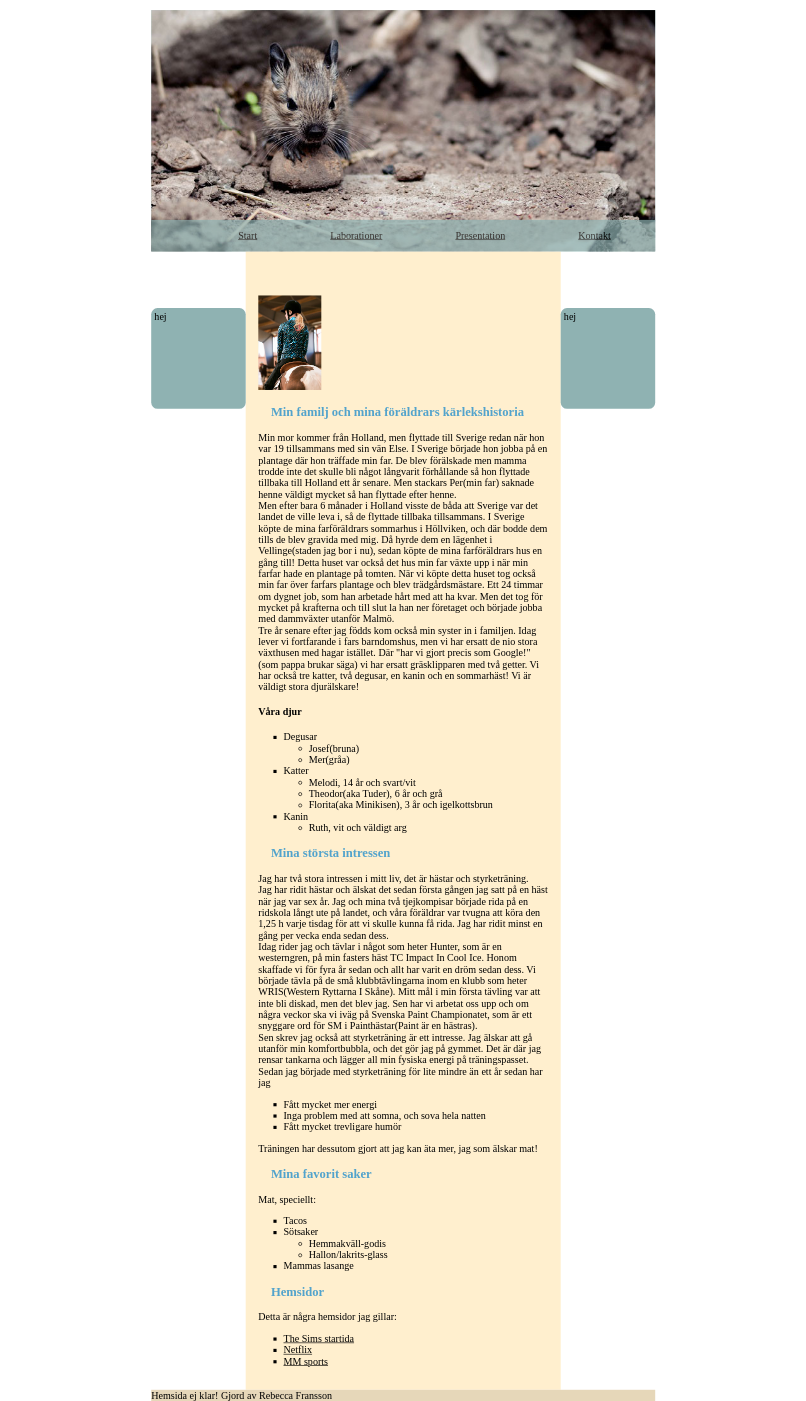
Repository: RebeccaFransson/Interfacedevelopment-1IK415
Page: pages/presentation.html
The author's editor kept a record of every edit. The page is drawn from the files as they stood at one moment, then again after the next edit.
The browser window is 1280 px wide. The pictures show the whole page, at 63% of full size.

Above is the page before.

### pages/presentation.html
<!DOCTYPE html>
<html>
<head>
    <meta charset="utf-8"/>
    <title>Pesentation</title>
    <link rel="stylesheet" href="../css/style.css" />
</head>
    <body>

    <div id="header">
        <p><img src="../Pictures/header.jpg" width="800" height="383" alt=""></p>
    </div>

    <div id="meny">
            <ul>
                <li><a href="../index.html">Start</a> </li>  <!-- ../ gör att jag kommer ut till mappen ovan.-->
                <li><a href="laborationer.html">Laborationer</a> </li>
                <li><a href="presentation.html">Presentation</a> </li>
                <li><a href="kontakt.html">Kontakt</a> </li>
            </ul>
    </div>

    <div class="left pic">
     hej
    </div>
    <div class="right pic">
     hej
    </div>



    <div id="content">

        <a id="Bild_pa_mig"></a>
            <p><img src="../Pictures/Jag.jpg" width="100" height="150" alt=""></p>
        <h3>Min familj och mina föräldrars kärlekshistoria</h3>
            <p class="info">
            Min mor kommer från Holland, men flyttade till Sverige redan när
            hon var 19 tillsammans med sin vän Else.
            I Sverige började hon jobba på en plantage där hon träffade min far.
            De blev förälskade men mamma trodde inte det skulle bli något långvarit förhållande
            så hon flyttade tillbaka till Holland ett år senare. Men stackars Per(min far) saknade
            henne väldigt mycket så han flyttade efter henne.
            <br>Men efter bara 6 månader i Holland visste de båda att Sverige var det landet
            de ville leva i, så de flyttade tillbaka tillsammans.
            I Sverige köpte de mina farföräldrars sommarhus i Höllviken, och där bodde dem tills de
            blev gravida med mig. Då hyrde dem en lägenhet i Vellinge(staden jag bor i nu), sedan
            köpte de mina farföräldrars hus en gång till! Detta huset var också det hus min far
            växte upp i när min farfar hade en plantage på tomten. När vi köpte detta huset tog
            också min far över farfars plantage och blev trädgårdsmästare. Ett 24 timmar om dygnet job,
            som han arbetade hårt med att ha kvar. Men det tog för mycket på krafterna och till slut
            la han ner företaget och började jobba med dammväxter utanför Malmö.
            <br>Tre år senare efter jag födds kom också min syster in i familjen.
            Idag lever vi fortfarande i fars barndomshus, men vi har ersatt de nio stora växthusen
            med hagar istället. Där "har vi gjort precis som Google!"(som pappa brukar säga) vi
            har ersatt gräsklipparen med två getter. Vi har också tre katter, två degusar,
            en kanin och en sommarhäst! Vi är väldigt stora djurälskare!</p>

            <h4>Våra djur</h4>
        <ul style="list-style-type:square"> <!-- Här är en lista i en lista. -->
            <li>Degusar
                <ul>
                  <li>Josef(bruna)</li>
                  <li>Mer(gråa)</li>
                </ul>
            </li>
            <li>Katter
                <ul>
                  <li>Melodi, 14 år och svart/vit</li>
                  <li>Theodor(aka Tuder), 6 år och grå</li>
                  <li>Florita(aka Minikisen), 3 år och igelkottsbrun</li>
                </ul>
            </li>
            <li>Kanin
                <ul>
                  <li>Ruth, vit och väldigt arg</li>
                </ul>
            </li>
           </ul>


                <h3>Mina största intressen</h3>
                <p>
                Jag har två stora intressen i mitt liv, det är hästar och styrketräning.
                <br>Jag har ridit hästar och älskat det sedan första gången jag satt
                på en häst när jag var sex år. Jag och mina två tjejkompisar började
                rida på en ridskola långt ute på landet, och våra föräldrar var tvugna
                att köra den 1,25 h varje tisdag för att vi skulle kunna få rida.
                Jag har ridit minst en gång per vecka enda sedan dess.
                <br>Idag rider jag och tävlar i något som heter Hunter, som är en
                westerngren, på min fasters häst TC Impact In Cool Ice. Honom
                skaffade vi för fyra år sedan och allt har varit en dröm sedan dess.
                Vi började tävla på de små klubbtävlingarna inom en klubb som
                heter WRIS(Western Ryttarna I Skåne). Mitt mål i min första tävling
                var att inte bli diskad, men det blev jag. Sen har vi arbetat oss
                upp och om några veckor ska vi iväg på Svenska Paint Championatet,
                som är ett snyggare ord för SM i Painthästar(Paint är en hästras).
                <br>Sen skrev jag också att styrketräning är ett intresse. Jag
                älskar att gå utanför min komfortbubbla, och det gör jag på gymmet.
                Det är där jag rensar tankarna och lägger all min fysiska energi
                på träningspasset.
                <br>Sedan jag började med styrketräning för
                lite mindre än ett år sedan har jag
                </p>
                    <ul style="list-style-type:square">
                      <li>Fått mycket mer energi</li>
                      <li>Inga problem med att somna, och sova hela natten</li>
                      <li>Fått mycket trevligare humör</li>
                    </ul>
            <p>
                Träningen har dessutom gjort att jag kan äta mer, jag som älskar mat!
            </p>




        <h3>Mina favorit saker</h3>
            <p>Mat, speciellt:
              <ul style="list-style-type:square">
                    <li>Tacos</li>
                    <li>Sötsaker
                <ul>
                    <li>Hemmakväll-godis</li>
                    <li>Hallon/lakrits-glass</li>
                </ul>
                    </li>

                  <li>Mammas lasange</li>
                </ul>

        <h3>Hemsidor</h3>
            <p>Detta är några hemsidor jag gillar:</p>       <!--Externa länkar-->
                <ul style="list-style-type:square">
                <li><a href="https://www.thesims.com/sv_SE/">The Sims startida</a></li>
                <li><a href="http://www.netflix.com/WiHome">Netflix</a></li>
                <li><a href="http://www.mmsports.se/home.php">MM sports</a></li>
                </ul>

    </div>


    <div id="footer">
            Hemsida ej klar! Gjord av Rebecca Fransson
    </div>

    </body>
</html>

### css/style.css
body {

    width: 800px;
    margin:auto;

}

/*Här är min Header */
#header {

    background-color: #CCFFFF;
    height: 383px;

}

#header img{
    float:left;
    height:383px;
    width:800px;
}

/*Här är min meny och länkarna */

#meny {
    Background-color: #8FB2B2;
    float: left;
    width: 800px;
    height:50px;
    margin-bottom:20px;
    position:relative;
    bottom:50px;
    opacity: 0.7;

}


#meny li {
    margin-left:80px;
    list-style: none;
    float:left;

    opacity: 1;

}
#meny a {
       padding:18px;

}
a:link {
    color: black;
}

a:visited {
    color: #338080;
}

a:hover {
    color: #394747;
    background-color: #FFEFCE;

}

a:active {
    color: #52A3CC;
}

/*Här är min Content med text */
#content{

    background-color:#FFEFCE;
    width: 460px;
    margin-left:150px;
    padding:20px;
    height:auto;

}
#content h2 {
    text-align:center;
    font-size:40px;
    color: #394747;
}

#content h3 {
    color: #52A3CC;
    font-size:20px;
    margin-left:20px;
    border-bottom: 2px;
}

table {
    margin-top:20px;
}

.bildpamig{
    float:left;
    margin-right:10px;
}

.media{
    float:right;
}

.inlagg{
    margin-bottom:100px;
}

img p #content {
    float:none;
}

.signatur{
    float: right;
}


.pic{
    Background-color: #8FB2B2;
    width: 140px;
    height:150px;
    margin-top:20px;

    -webkit-border-radius: 10px;
    -moz-border-radius: 10px;
    border-radius: 10px;
    padding: 5px;
}
.right{
    float:right;
}

.left{
    float:left;
}

#footer {

    Background-color: #E6D7B9;
    height:auto;


}



/*Mina bakgrundsfärger:
Header:#CCFFFF
Content:#FFEFCE
Footer:#E6D7B9
*/

After the next edit:
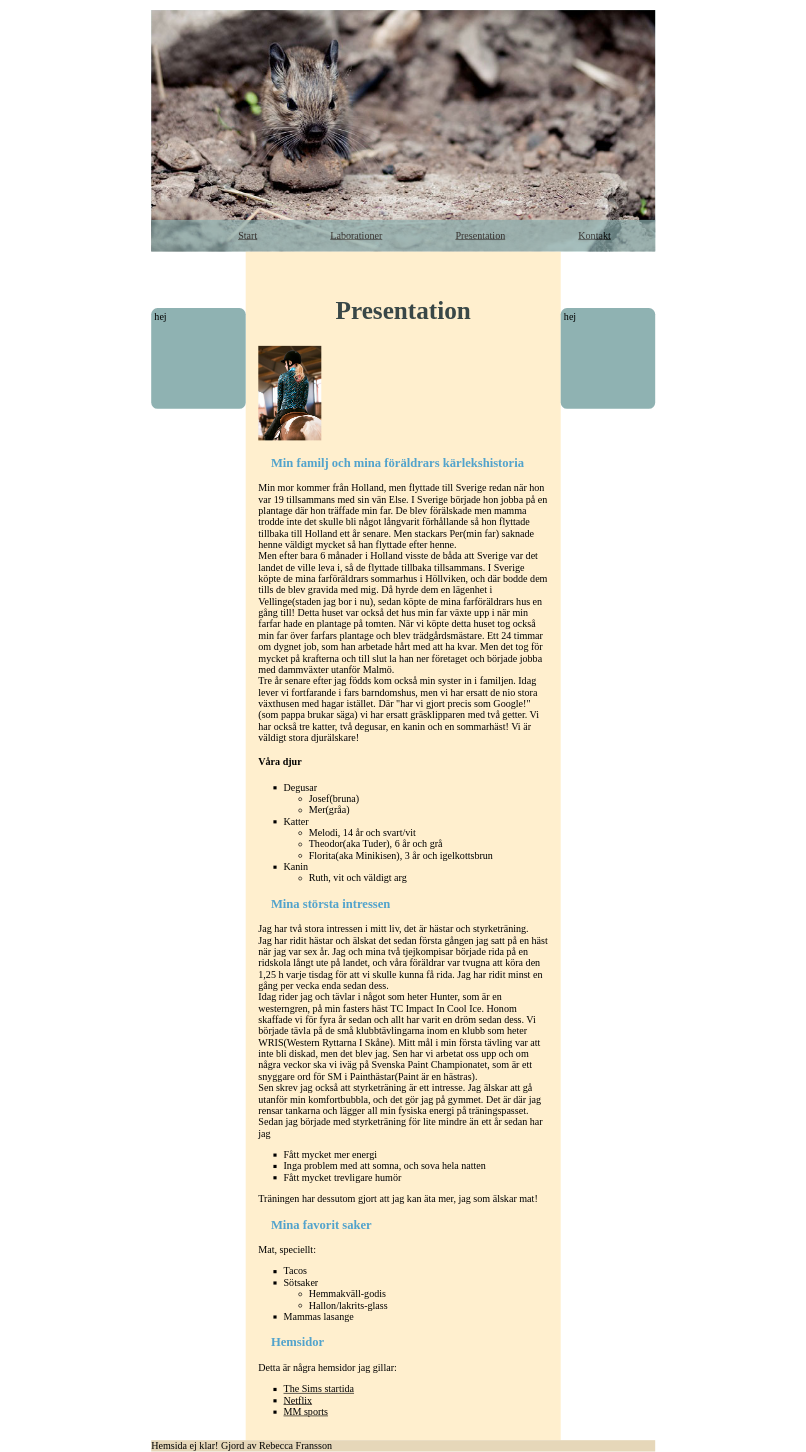
The edit:
--- a/pages/presentation.html
+++ b/pages/presentation.html
@@ -30,6 +30,8 @@
 
 
     <div id="content">
+
+        <h2>Presentation</h2>
 
         <a id="Bild_pa_mig"></a>
             <p><img src="../Pictures/Jag.jpg" width="100" height="150" alt=""></p>
